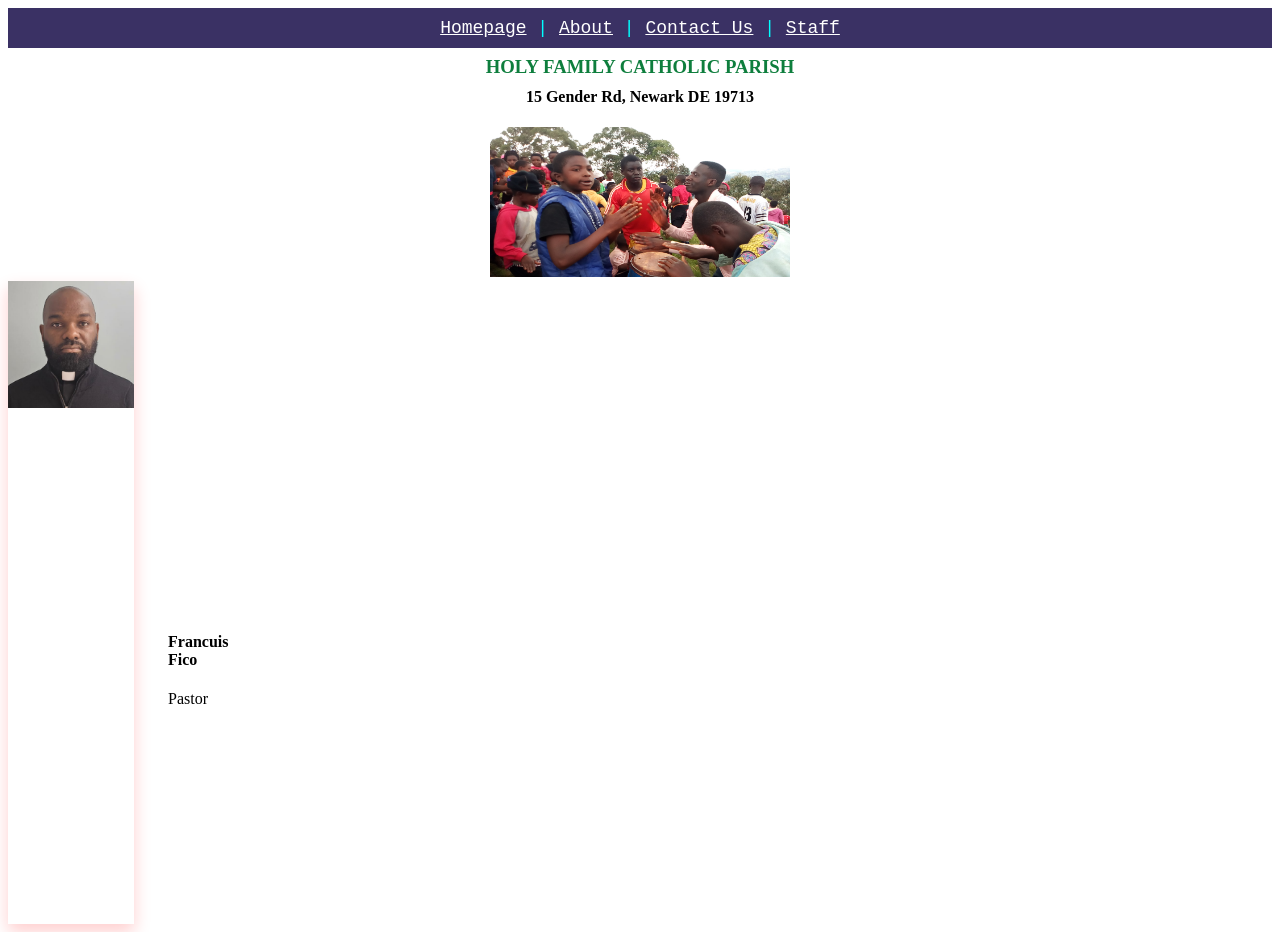
Repository: ficotims/HTML-RESTART
Page: Homepage.html
The author's editor kept a copy of each file at every save. The page is drawn from the files as they stood at one save, then again after the next save.
The browser window is 1280 px wide. The pictures show the whole page.
The pointer rests on the first visible `.card`.

Above is the page before, as saved 2026-02-10 22:04:25.

### Homepage.html
<!doctype html>
<html lang="en">
  <head>
    <meta charset="UTF-8" />
    <meta name="viewport" content="width=device-width, initial-scale=1.0" />
    <style>
.card {
  box-shadow: 0 4px 8px 0 rgba(0,0,0,0.2);
  transition: 0.3s;
  width: 10%;
}

.card:hover {
  box-shadow: 0 8px 16px 0 rgba(255, 16, 16, 0.2);
}

.container {
  padding: 200px 160px;
}
</style>
    <title>HTML Crash course with Iman Musa</title>
    <link rel="stylesheet" href="Style 1.css"/>

      </head>
<body

     <!-- NAVIGATION SECTION -->
        <div style="background-color: rgb(58, 49, 100); padding: 10px; text-align: center; color: aqua; font-size: 18px; font-family: monospace, Lemon milk;">
    <a href="Homepage.html" target="_top" style="color: white;">Homepage</a> |
    <a href="about.html" style="color: white;">About</a> | <a href="Contact us.html" style="color: white;">Contact Us</a> |
    <a href="staff.html" style="color: white;">Staff</a>
     </div>

 <div style="text-align: center;">
    <h3><span style="color: rgb(14, 126, 61);"><div style="line-height: 0;">HOLY FAMILY CATHOLIC PARISH</b></span></h3>
    <H4>15 Gender Rd, Newark DE 19713</H4>
    <img
        src="images/Acension.jpg"
        alt="Catholic Church Logo"
        width="300"
        height="150"
      />
      </div>

      <div class="card">
        <img
          src="images/fico.jpg"
          alt="francuis"
          width="100%">
          <div class="container">
            <h4><b>Francuis Fico</b></h4>
            <p>Pastor</p>
          </div>
      </div>

</html>
  </body>
</html>

### Style 1.css
.card {
    box-shadow: 0 4px 8px 0 rgba(0, 0, 0, 0.2);
    transition: 0.3s;
}

}

After the next save:
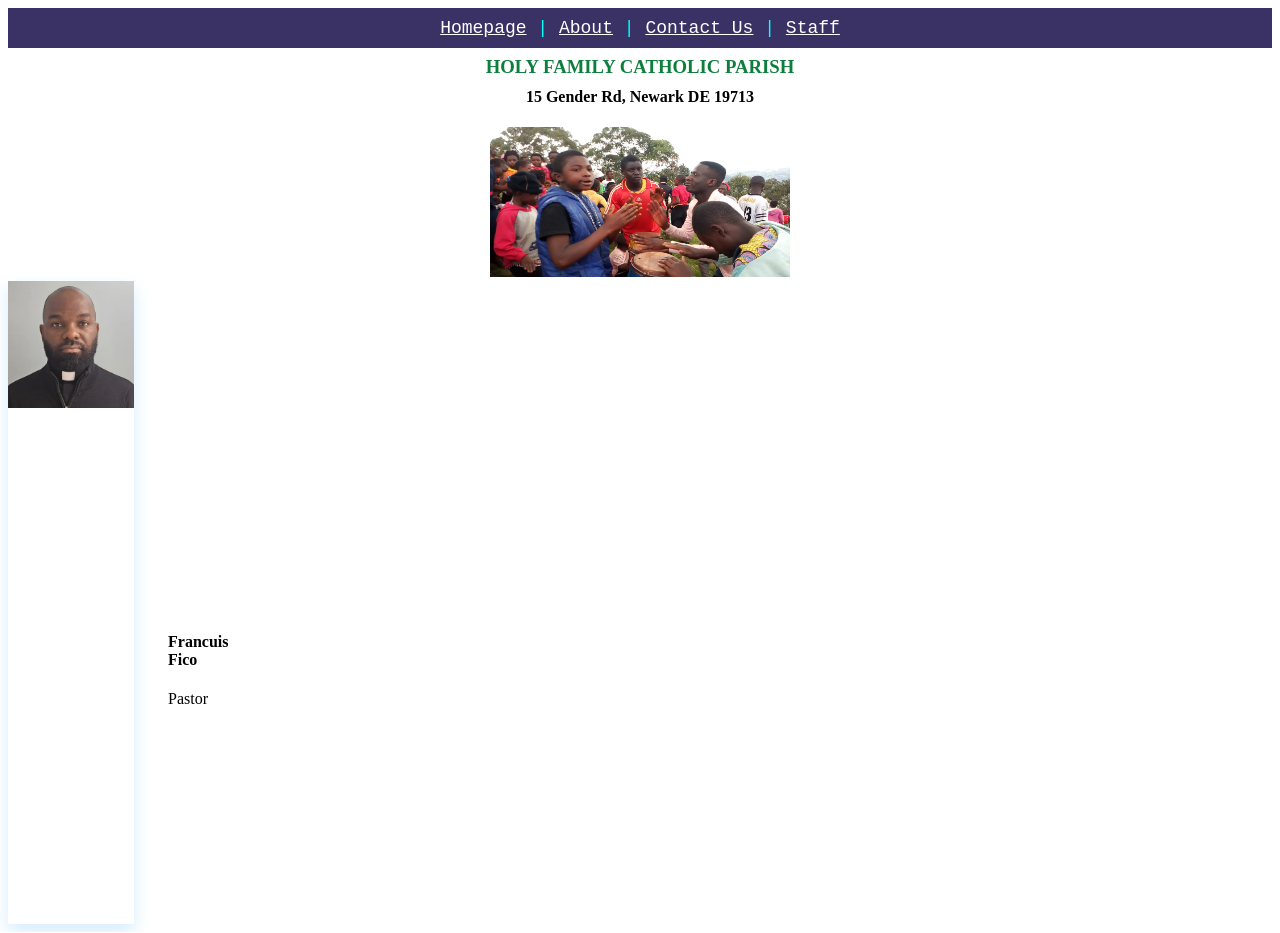
Saved 2 min 41 s later.
--- a/Homepage.html
+++ b/Homepage.html
@@ -11,7 +11,7 @@
 }
 
 .card:hover {
-  box-shadow: 0 8px 16px 0 rgba(255, 16, 16, 0.2);
+  box-shadow: 0 8px 16px 0 rgba(45, 166, 247, 0.2);
 }
 
 .container {
